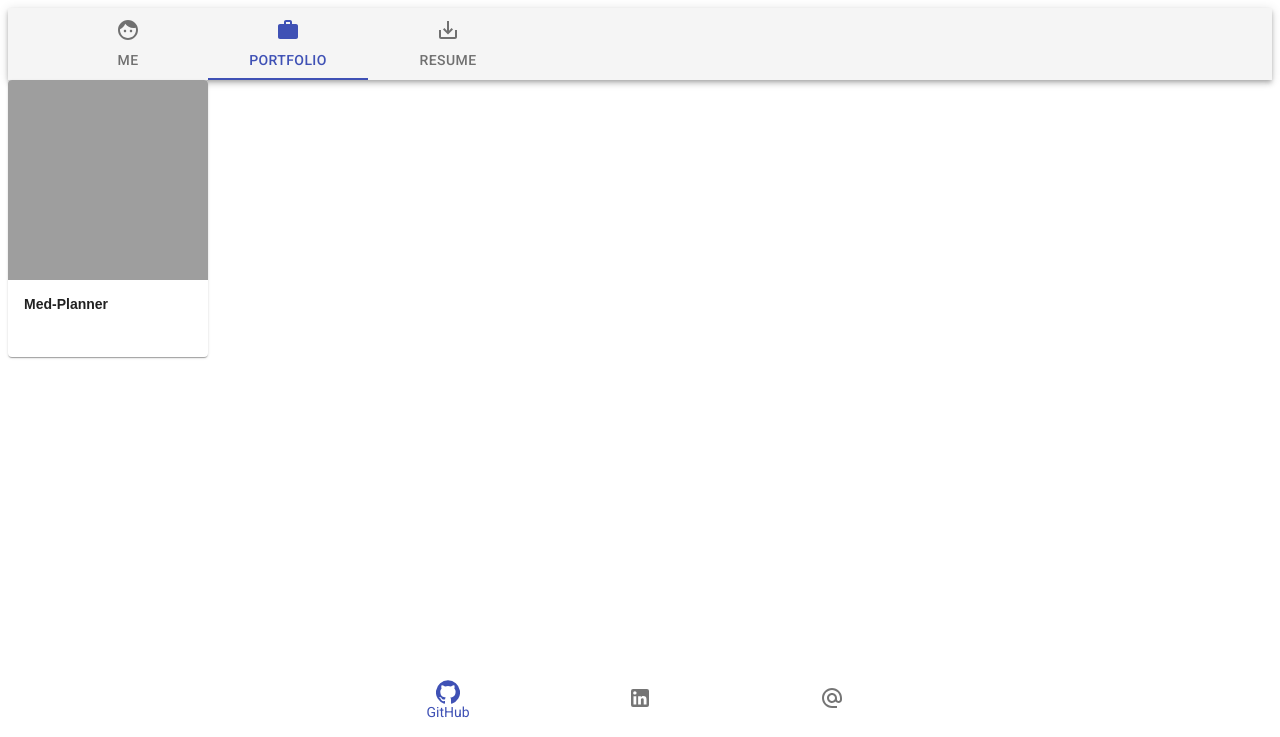
Repository: mandahos/hoshor
Page: /, after clicking the first element matching `#scrollable-force-tab-1`
These files come from the project's save history. The page is drawn as it stood at one moment and after the next save; the edit follows.
The browser window is 1280 px wide. The pictures show the whole page.
Pictures or frames that could not be fetched are drawn as grey boxes. The project was rebuilt for these pictures with package versions that can differ from the ones it lists, and the page was loaded fresh each time. Also part of the build but not shown: src/components/Resume/index.js. Imported but missing from the stored project, and not drawn on this page: src/assets/resume/Amanda_Hoshor_Resume.PDF, src/assets/resume/Resume_Hoshor (1).pdf.

Above is the page before, as saved 2021-08-20 00:03:40.

### public/index.html
<!DOCTYPE html>
<html lang="en">
  <head>
    <meta charset="utf-8" />
    <link rel="icon" href="%PUBLIC_URL%/favicon.ico" />
    <meta name="viewport" content="width=device-width, initial-scale=1" />
    <meta name="theme-color" content="#000000" />
    <meta
      name="description"
      content="Web site created using create-react-app"
    />
    <link rel="apple-touch-icon" href="%PUBLIC_URL%/logo192.png" />
    <link rel="stylesheet" href="https://fonts.googleapis.com/css?family=Roboto:300,400,500,700&display=swap" />

    <!--
      manifest.json provides metadata used when your web app is installed on a
      user's mobile device or desktop. See https://developers.google.com/web/fundamentals/web-app-manifest/
    -->

    <link rel="stylesheet" href="https://fonts.googleapis.com/icon?family=Material+Icons" />
    <link rel="manifest" href="%PUBLIC_URL%/manifest.json" />
    <!--
      Notice the use of %PUBLIC_URL% in the tags above.
      It will be replaced with the URL of the `public` folder during the build.
      Only files inside the `public` folder can be referenced from the HTML.

      Unlike "/favicon.ico" or "favicon.ico", "%PUBLIC_URL%/favicon.ico" will
      work correctly both with client-side routing and a non-root public URL.
      Learn how to configure a non-root public URL by running `npm run build`.
    -->
    <title>Hoshor</title>
  </head>
  <body>
    <noscript>You need to enable JavaScript to run this app.</noscript>
    <div id="root"></div>
    <!--
      This HTML file is a template.
      If you open it directly in the browser, you will see an empty page.

      You can add webfonts, meta tags, or analytics to this file.
      The build step will place the bundled scripts into the <body> tag.

      To begin the development, run `npm start` or `yarn start`.
      To create a production bundle, use `npm run build` or `yarn build`.
    -->
  </body>
</html>

### src/index.js
import React from 'react';
import ReactDOM from 'react-dom';
import './css/styles.css';
import App from './App';

ReactDOM.render(
  <React.StrictMode>
    <App />

  </React.StrictMode>,
  document.getElementById('root')
);

// If you want to start measuring performance in your app, pass a function
// to log results (for example: reportWebVitals(console.log))
// or send to an analytics endpoint. Learn more: https://bit.ly/CRA-vitals

### src/css/styles.css
.App {
  font-family: Arial, Helvetica, sans-serif;
  text-align: center;
  background-color: #7A6174;
  color: white
}
h1 {
  font-size: 48px;

}
h2 {
  font-size: 14px
}
.About {
  font-family: Cambria, Cochin, Georgia, Times, 'Times New Roman', serif
}
h3 {
  text-align: left;
}

p {
  text-align: left;
}

### src/App.js
import React, { useState } from "react";
import "./css/styles.css";
import  Navigation from "./components/Navigation";
import  Footer  from "./components/Footer";

// import background from "./assets/images/plug.png"


export default function App() {
   return (
    <div>
      <Navigation />



        <Footer />
    </div>
  )
}

### src/components/Navigation/index.js
import React from 'react';
import PropTypes from 'prop-types';
import { makeStyles } from '@material-ui/core/styles';
import AppBar from '@material-ui/core/AppBar';
import Tabs from '@material-ui/core/Tabs';
import Tab from '@material-ui/core/Tab';

import FaceIcon from '@material-ui/icons/Face';
import WorkIcon from '@material-ui/icons/Work';
import SaveAltIcon from '@material-ui/icons/SaveAlt';

import Typography from '@material-ui/core/Typography';
import Box from '@material-ui/core/Box';

import Me from '../Me/index'
import Portfolio from '../Portfolio/index'
import Resume from '../Resume/index'

function TabPanel(props) {
  const { children, value, index, ...other } = props;

  return (
    <div
      role="tabpanel"
      hidden={value !== index}
      id={`scrollable-force-tabpanel-${index}`}
      aria-labelledby={`scrollable-force-tab-${index}`}
      {...other}
    >
      {value === index && (
        <Box p={3}>
          <Typography>{children}</Typography>
        </Box>
      )}
    </div>
  );
}

TabPanel.propTypes = {
  children: PropTypes.node,
  index: PropTypes.any.isRequired,
  value: PropTypes.any.isRequired,
};

function a11yProps(index) {
  return {
    id: `scrollable-force-tab-${index}`,
    'aria-controls': `scrollable-force-tabpanel-${index}`,
  };
}

const useStyles = makeStyles((theme) => ({
  root: {
    flexGrow: 1,
    width: '100%',
    backgroundColor: theme.palette.background.paper,
  },
}));

export default function ScrollableTabsButtonForce() {
  const classes = useStyles();
  const [value, setValue] = React.useState(0);

  const handleChange = (event, newValue) => {
    setValue(newValue);
  };


  return (
    <>
    <div className={classes.root}>
      <AppBar position="static" color="default">
        <Tabs
          value={value}
          onChange={handleChange}
          variant="scrollable"
          scrollButtons="on"
          indicatorColor="primary"
          textColor="primary"
          aria-label="scrollable force tabs example"
        >

          <Tab label="Me" icon={<FaceIcon />} {...a11yProps(0)} />
          <Tab label="Portfolio" icon={<WorkIcon />} {...a11yProps(1)} />
          <Tab label="Resume" icon={<SaveAltIcon />} {...a11yProps(2)} />
          </Tabs>
      </AppBar>


      {value === 0 && <Me />}
      {value === 1 && <Portfolio />}
      {value === 2 && <Resume /> }

    </div>
    </>
  );
}

### src/components/Footer/index.js
import React from 'react';
import { makeStyles } from '@material-ui/core/styles';
import BottomNavigation from '@material-ui/core/BottomNavigation';
import BottomNavigationAction from '@material-ui/core/BottomNavigationAction';
import LinkedInIcon from '@material-ui/icons/LinkedIn';
import GitHubIcon from '@material-ui/icons/GitHub';
import AlternateEmailIcon from '@material-ui/icons/AlternateEmail';
import CSS from './footer.css'

const useStyles = makeStyles({
  root: {
    width: 500,
  },
});

export default function LabelBottomNavigation() {
  const footer = useStyles();
  const [value, setValue] = React.useState('recents');

  const handleChange = (event, newValue) => {
    setValue(newValue);
  };

  return (
    <BottomNavigation value={value} onChange={handleChange} className={footer}>
      <BottomNavigationAction a href="https://github.com/mandahos" label="GitHub" value="recents" icon={<GitHubIcon />} />
      <BottomNavigationAction a href="https://www.linkedin.com/in/amanda-hoshor/" label="LinkedIn" value="favorites" icon={<LinkedInIcon />} />
      <BottomNavigationAction a href="mailto:hoshor.manda@gmail.com" label="Email" value="nearby" icon={<AlternateEmailIcon />} />

    </BottomNavigation>
  );
}

### src/components/Me/index.js
import React from 'react';
import {
  Container,
  Stack,
  Flex,
  Box,
  Heading,
  Text,
  Image

} from '@chakra-ui/react';


import picture from '../../assets/images/react-profile.png'

const Me = () => {

  return (

    <Container maxW={'7xl'}>
      <Stack
        align={'center'}
        spacing={{ base: 8, md: 10 }}
        py={{ base: 20, md: 28 }}
        direction={{ base: 'column', md: 'row' }}>

        <Stack flex={1} spacing={{ base: 5, md: 10 }}>
          <Heading
            lineHeight={1.1}
            fontWeight={800}
            fontSize={36}
            >
            <Text
              as={'span'}
              position={'relative'}
              _after={{
                content: "''",
                width: 'full',
                height: '80%',
                position: 'absolute',
                bottom: 1,
                left: 0,
                bg: 'red.400',
                zIndex: -1,

              }}>
              Hiya,
            </Text>
            <br />

          </Heading>
          <Text color={'black.500'}>
            My name is Amanda Hoshor. Web development recent graduate. Looking to enter the exciting world of web coding in an oppurtunity that provides growth.
            <br/>
            Background in data entry and quality assurance. Obtained an information management degree in 2016. Strong background in quality assurance and control.
          </Text>
          <Stack
            spacing={{ base: 4, sm: 6 }}
            direction={{ base: 'column', sm: 'row' }}>

          </Stack>
        </Stack>
        <Flex
          flex={1}
          justify={'center'}
          align={'center'}
          position={'relative'}
          w={'full'}>

          <Box
            position={'relative'}
            height={'300px'}
            rounded={'2xl'}
            boxShadow={'2xl'}
            width={'full'}
            overflow={'hidden'}>

            <Image
              alt={'Me'}
              fit={'cover'}
              align={'center'}
              w={'100%'}
              h={'75%'}
              src={
                picture
              }
            />
          </Box>
        </Flex>
      </Stack>
    </Container>
  );
}

export default Me;

### src/components/Portfolio/index.js
import React from 'react';
import { makeStyles } from '@material-ui/core/styles';
import Card from '@material-ui/core/Card';
import CardActionArea from '@material-ui/core/CardActionArea';
import CardActions from '@material-ui/core/CardActions';
import CardContent from '@material-ui/core/CardContent';
import CardMedia from '@material-ui/core/CardMedia';
import Button from '@material-ui/core/Button';
import Typography from '@material-ui/core/Typography';
import { maxWidth } from '@material-ui/system';


const useStyles = makeStyles({
  root: {
  maxWidth: 200,
  },
  media: {
    height: 200,
  },

})

export default function Portfolio() {
  const classes = useStyles();
  return(
    <Card className={classes.root}>
      <CardActionArea>
        <CardMedia className={classes.media} image="./img/med-planner.jpg" title="" />
          <CardContent>
            <Typography gutterBottom variant="h10" component="h2">Med-Planner</Typography>
          </CardContent>
      </CardActionArea>
      <CardActions>
        <Button size="small" color="default">

        </Button>
      </CardActions>
    </Card>
  )
}

### src/components/Footer/footer.css
.root {
    display: block;
    margin-left: auto;
    margin-right: auto;
    margin-top: 25%;
    justify-content: center;
}

After the next save:
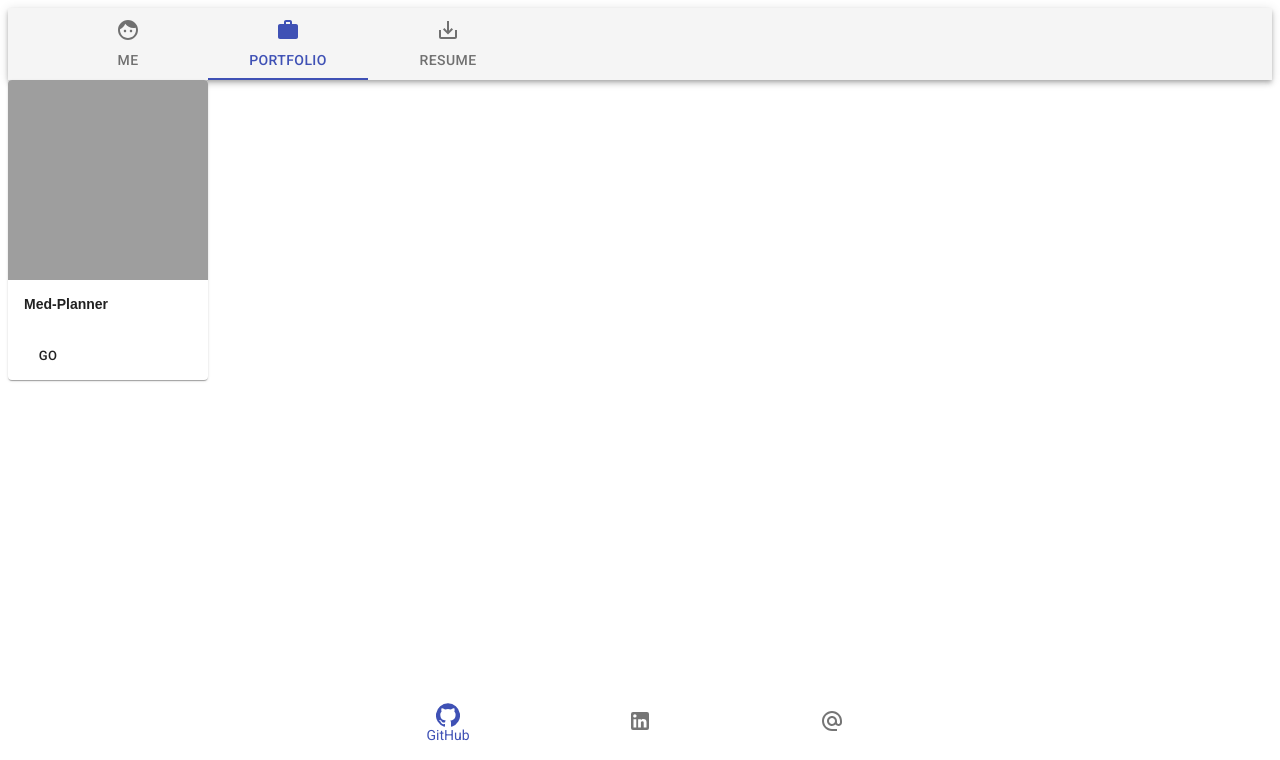
Saved 11 s later.
--- a/src/components/Portfolio/index.js
+++ b/src/components/Portfolio/index.js
@@ -32,7 +32,7 @@ export default function Portfolio() {
       </CardActionArea>
       <CardActions>
         <Button size="small" color="default">
-
+        Go
         </Button>
       </CardActions>
     </Card>
